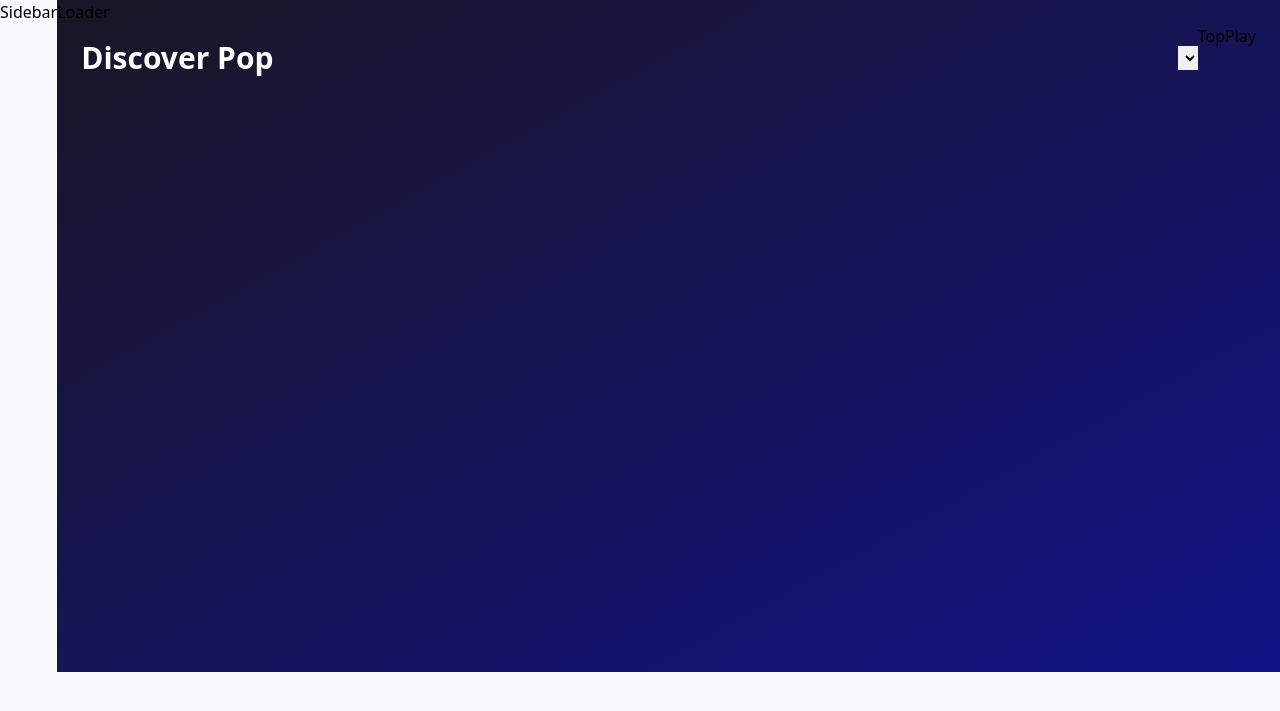
Repository: Devansh1907/Lyriks
Page: /
These files come from the project's save history. The page is drawn as it stood at one moment and after a run of saves; the edit follows.
The browser window is 1280 px wide. The pictures show the whole page.
The project was rebuilt for these pictures with package versions that can differ from the ones it lists, and the page was loaded fresh each time. Also part of the build but not shown: vite.config.js, src/components/SongCard.jsx, src/components/ArtistCard.jsx, src/components/DetailsHeader.jsx, src/components/PlayPause.jsx, src/components/SongBar.jsx, src/components/RelatedSongs.jsx, src/components/MusicPlayer/Controls.jsx and 13 more.

Above is the page before, as saved 2022-11-03 10:53:42.

After the next 2 saves:
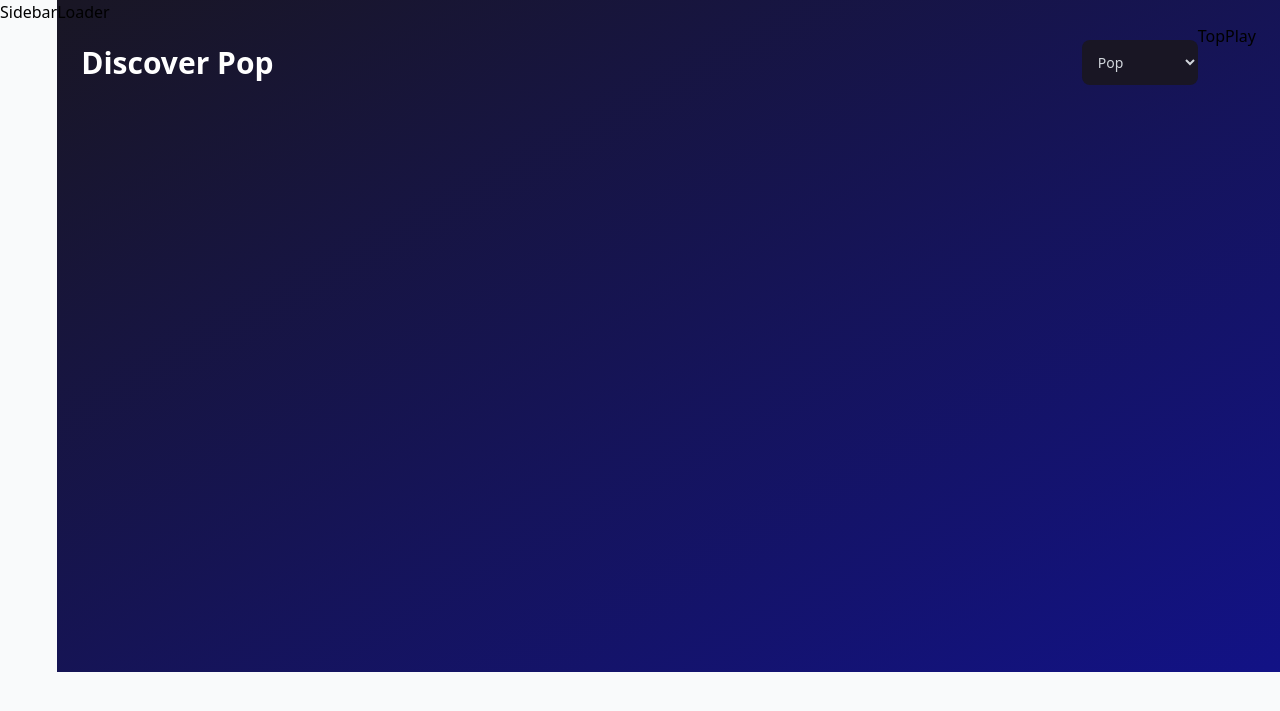
The 2 saves are shown as one change because 1 did not build or start.
The last was saved 8 min 28 s later.
--- a/src/pages/Discover.jsx
+++ b/src/pages/Discover.jsx
@@ -1,18 +1,23 @@
 import { Error, Loader, SongCard } from "../components";
-import { genres } from "../assets/constants"
-
+import { genres } from "../assets/constants";
 
 const Discover = () => {
-    const genreTitle = 'Pop';
+  const genreTitle = "Pop";
 
-    return(
-       <div className="flex flex-col">
-        <div className="w-full flex justify-between items-center sm:flex-row flex-col mt-4 mb-10">
-         <h2 className="font-bold text-3xl text-white text-left">Discover {genreTitle}</h2>
-         <select></select>
-        </div>
-       </div>
-    );
+  return (
+    <div className="flex flex-col">
+      <div className="w-full flex justify-between items-center sm:flex-row flex-col mt-4 mb-10">
+        <h2 className="font-bold text-3xl text-white text-left">
+          Discover {genreTitle}
+        </h2>
+        <select
+          onchange={() => {}}
+          value=""
+          className="bg-black text-gray-300 p-3 text-sm rounded-lg outline-none sm:mt-0 mt-5"
+        >{genres.map((genre) => <option>{genre.title}</option>)}</select>
+      </div>
+    </div>
+  );
 };
 
 export default Discover;
